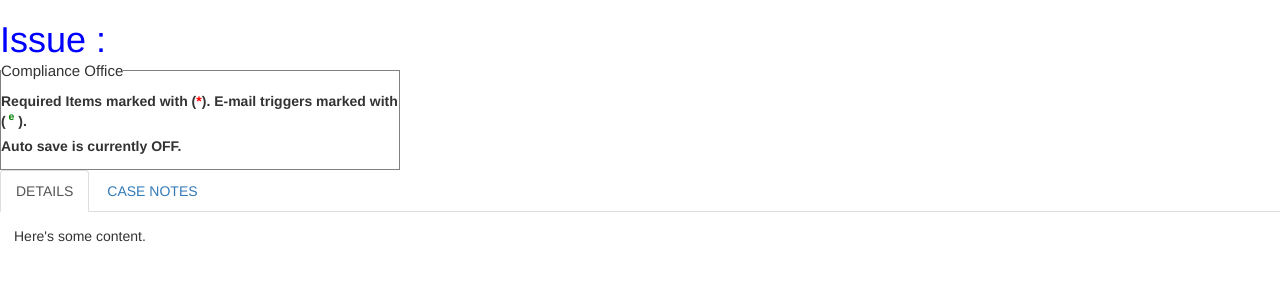
Repository: ManjushaDaram/LibraryPramati
Page: /
An editor plug-in stored every save of this project. The page is shown before and after the next save, followed by the edit.
The browser window is 1280 px wide. The pictures show the whole page.
The project was rebuilt for these pictures with package versions that can differ from the ones it lists, and the page was loaded fresh each time. Also part of the build but not shown: angular.json.

Above is the page before, as saved 2019-04-18 11:57:05.

After the next save:
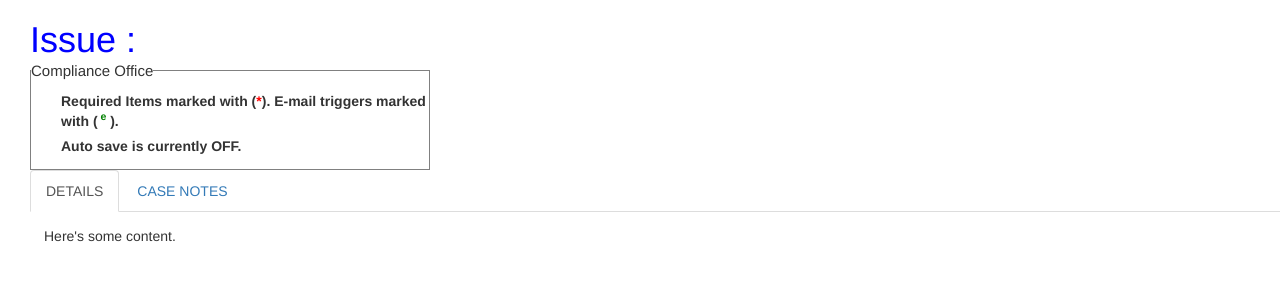
Saved 2 min 23 s later.
--- a/src/app/AddIssue/addissue/addissue.component.css
+++ b/src/app/AddIssue/addissue/addissue.component.css
@@ -15,3 +15,7 @@
 #inlineWord h3 span{
   background-color: white;
 }
+
+div{
+  margin-left: 30px
+}
